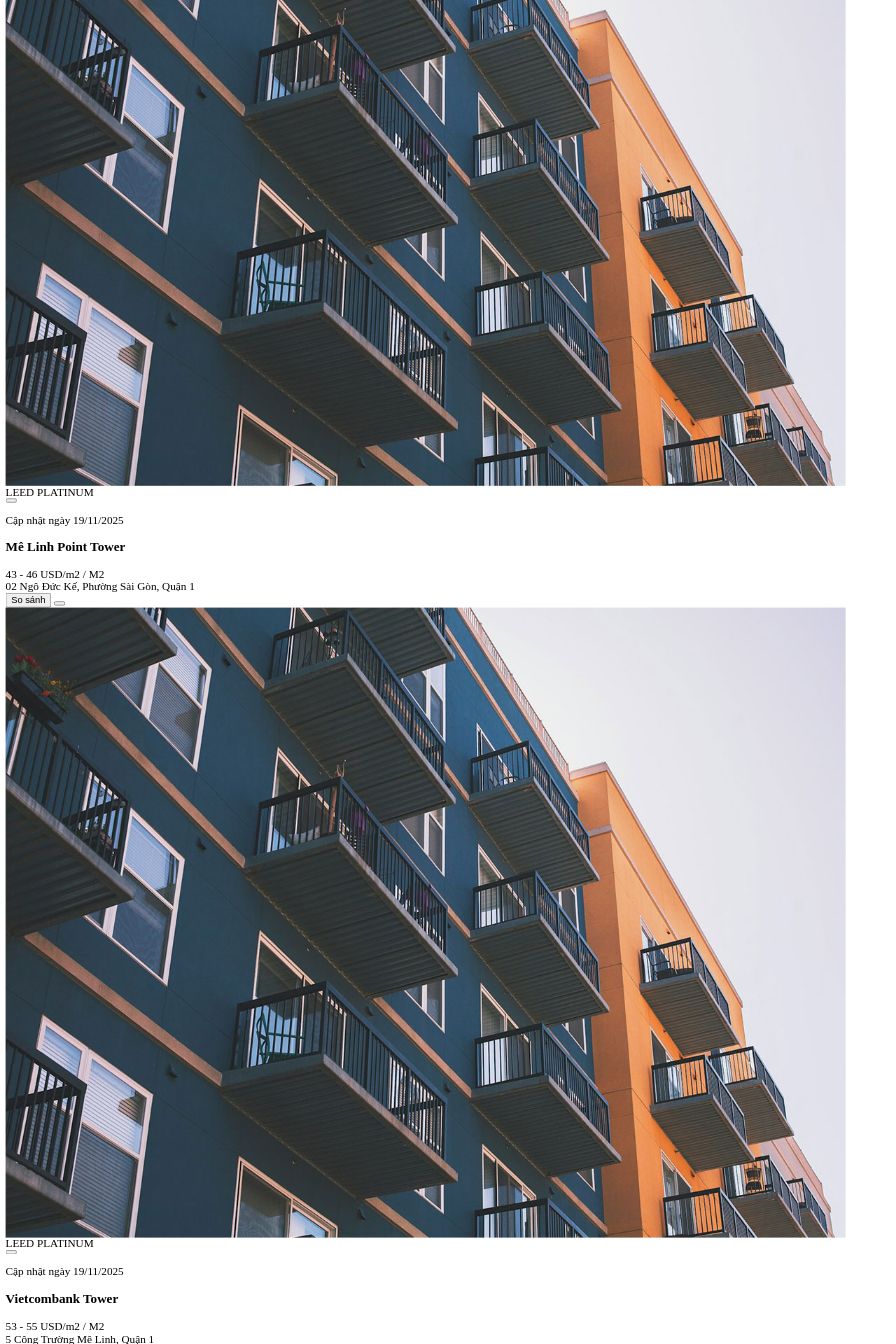
Repository: lannguyen1301/anphuholdings-main
Page: partials/office-rental/office-rental-ward-1.html
The author's editor kept a copy of each file at every save. The page is drawn from the files as they stood at one save, then again after the next save.
The browser window is 1280 px wide. The pictures show the part of the page from y = 4580 to 6500 px (the page is 8679 px tall), at 70% of full size.

Above is the page before, as saved 2025-12-31 14:40:35.

### partials/office-rental/office-rental-ward-1.html
<div class="container overflow-hidden py-8 px-4 office-rental-swipe-container">
    <div class="mb-8 flex gap-5 items-center justify-between">
        <h2 data-aos="fade-right" data-aos-duration="1000" data-aos-easing="ease-in-out"
            class="text-xl md:text-2xl lg:text-3xl font-bold text-navy line-clamp-1 overflow-ellipsis">
            VĂN PHÒNG CHO THUÊ QUẬN 1
        </h2>

        <div data-aos="fade-up" data-aos-duration="1000" data-aos-easing="ease-in-out"
            class="flex gap-1 md:gap-3 min-w-[80px]">
            <button
                class="rounded-lg bg-navy px-2 py-1 md:px-5 md:py-2 text-white transition hover:bg-navy-light flex justify-center items-center">
                <span class="hidden md:block text-md lg:text-lg">Xem toàn bộ</span>
                <i class="fa fa-eye block md:hidden text-xs sm:text-md"></i>
            </button>
            <button
                class="office-rental-swiper-prev rounded-lg border border-gray-300 p-1 md:p-2 transition hover:bg-gold/10 min-w-[22px]">
                <i class="fas fa-chevron-left text-navy text-xs sm:text-md md:text-lg lg:text-xl"></i>
            </button>
            <button
                class="office-rental-swiper-next rounded-lg border border-gray-300 p-1 md:p-2 transition hover:bg-gold/10 min-w-[22px]">
                <i class="fas fa-chevron-right text-navy text-xs sm:text-md md:text-lg lg:text-xl"></i>
            </button>
        </div>
    </div>

    <!-- Swiper -->
    <div data-aos="fade-left" data-aos-duration="1000" data-aos-easing="ease-in-out" data-aos-offset="150"
        class="office-rental-swiper overflow-hidden px-2 py-3">
        <div class="swiper-wrapper">
            <!-- Card 1 -->
            <div class="swiper-slide flex-shrink-0 overflow-hidden rounded-2xl shadow-md transition hover:shadow-xl border-4"
                style="width: 292px;" data-aos="fade-right">
                <div class="relative overflow-hidden">
                    <div class="flex h-48 items-center justify-center bg-slate-200">
                        <img src="assets/images/detail/detail-1.jpg" alt=""
                            class="block w-full h-full object-cover aspect-4/3">
                    </div>
                    <div class="absolute left-3 top-2 rounded bg-gold px-2 py-1 text-xs font-semibold text-white">
                        LEED PLATINUM
                    </div>
                    <button class="absolute right-3 top-3 rounded-lg bg-white p-2 shadow transition hover:bg-gray-50">
                        <i class="far fa-heart text-gold"></i>
                    </button>
                </div>

                <div class="p-4">
                    <p class="mb-1 text-sm text-gray-500">
                        Cập nhật ngày 19/11/2025
                    </p>
                    <h3 class="mb-3 text-lg font-semibold text-navy overflow-ellipsis line-clamp-1">
                        Mê Linh Point Tower
                    </h3>

                    <div class="mb-2 flex items-center gap-2">
                        <i class="fas fa-tag text-sm text-navy"></i>
                        <span class="font-semibold text-gold">43 - 46 USD/m2</span>
                        <span class="text-gray-600">/ M2</span>
                    </div>

                    <div class="mb-4 flex items-start gap-2 text-sm text-gray-600">
                        <i class="fas fa-map-marker-alt mt-1 text-navy"></i>
                        <span class="w-full overflow-ellipsis line-clamp-1">02 Ngô Đức Kế, Phường Sài Gòn, Quận 1</span>
                    </div>

                    <div class="flex items-center justify-between">
                        <button
                            class="rounded-xl border border-navy px-4 py-2 text-sm text-navy transition hover:bg-navy hover:text-white">
                            So sánh
                        </button>
                        <button class="rounded-xl border border-gray-300 p-2 transition hover:bg-gold/10">
                            <i class="far fa-clone text-navy"></i>
                        </button>
                    </div>
                </div>
            </div>

            <!-- Card 2 -->
            <div class="swiper-slide flex-shrink-0 overflow-hidden rounded-2xl shadow-md transition hover:shadow-xl border-4"
                style="width: 292px;" data-aos="fade-right">
                <div class="relative overflow-hidden">
                    <div class="flex h-48 items-center justify-center bg-slate-200">
                        <img src="assets/images/detail/detail-2.jpg" alt=""
                            class="block w-full h-full object-cover aspect-4/3">
                    </div>
                    <div class="absolute left-3 top-3 rounded bg-gold px-2 py-1 text-xs font-semibold text-white">
                        LEED PLATINUM
                    </div>
                    <button class="absolute right-3 top-3 rounded-lg bg-white p-2 shadow transition hover:bg-gray-50">
                        <i class="far fa-heart text-gold"></i>
                    </button>
                </div>

                <div class="p-4">
                    <p class="mb-1 text-sm text-gray-500">
                        Cập nhật ngày 19/11/2025
                    </p>
                    <h3 class="mb-3 text-lg font-semibold text-navy overflow-ellipsis line-clamp-1">
                        Vietcombank Tower
                    </h3>

                    <div class="mb-2 flex items-center gap-2">
                        <i class="fas fa-tag text-sm text-navy"></i>
                        <span class="font-semibold text-gold">53 - 55 USD/m2</span>
                        <span class="text-gray-600">/ M2</span>
                    </div>

                    <div class="mb-4 flex items-start gap-2 text-sm text-gray-600">
                        <i class="fas fa-map-marker-alt mt-1 text-navy"></i>
                        <span class="w-full overflow-ellipsis line-clamp-1">5 Công Trường Mê Linh, Quận 1</span>
                    </div>

                    <div class="flex items-center justify-between">
                        <button
                            class="rounded-xl border border-navy px-4 py-2 text-sm text-navy transition hover:bg-navy hover:text-white">
                            So sánh
                        </button>
                        <button class="rounded-xl border border-gray-300 p-2 transition hover:bg-gold/10">
                            <i class="far fa-clone text-navy"></i>
                        </button>
                    </div>
                </div>
            </div>

            <!-- Card 3 -->
            <div class="swiper-slide flex-shrink-0 overflow-hidden rounded-2xl shadow-md transition hover:shadow-xl border-4"
                style="width: 292px;" data-aos="fade-right">
                <div class="relative overflow-hidden">
                    <div class="flex h-48 items-center justify-center bg-slate-200">
                        <img src="assets/images/detail/detail-3.jpg" alt=""
                            class="block w-full h-full object-cover aspect-4/3">
                    </div>
                    <div class="absolute left-3 top-3 rounded bg-gold px-2 py-1 text-xs font-semibold text-white">
                        LEED PLATINUM
                    </div>
                    <button class="absolute right-3 top-3 rounded-lg bg-white p-2 shadow transition hover:bg-gray-50">
                        <i class="far fa-heart text-gold"></i>
                    </button>
                </div>

                <div class="p-4">
                    <p class="mb-1 text-sm text-gray-500">
                        Cập nhật ngày 21/11/2025
                    </p>
                    <h3 class="mb-3 text-lg font-semibold text-navy overflow-ellipsis line-clamp-1">
                        Sonatus Building
                    </h3>

                    <div class="mb-2 flex items-center gap-2">
                        <i class="fas fa-tag text-sm text-navy"></i>
                        <span class="font-semibold text-gold">43 - 45 USD/m2</span>
                        <span class="text-gray-600">/ M2</span>
                    </div>

                    <div class="mb-4 flex items-start gap-2 text-sm text-gray-600">
                        <i class="fas fa-map-marker-alt mt-1 text-navy"></i>
                        <span class="w-full overflow-ellipsis line-clamp-1">15 Lê Thánh Tôn, Quận 1</span>
                    </div>

                    <div class="flex items-center justify-between">
                        <button
                            class="rounded-xl border border-navy px-4 py-2 text-sm text-navy transition hover:bg-navy hover:text-white">
                            So sánh
                        </button>
                        <button class="rounded-xl border border-gray-300 p-2 transition hover:bg-gold/10">
                            <i class="far fa-clone text-navy"></i>
                        </button>
                    </div>
                </div>
            </div>

            <!-- Card 4 -->
            <div class="swiper-slide flex-shrink-0 overflow-hidden rounded-2xl shadow-md transition hover:shadow-xl border-4"
                style="width: 292px;" data-aos="fade-right">
                <div class="relative overflow-hidden">
                    <div class="flex h-48 items-center justify-center bg-slate-200">
                        <img src="assets/images/detail/detail-4.jpg" alt=""
                            class="block w-full h-full object-cover aspect-4/3">
                    </div>
                    <div class="absolute left-3 top-3 rounded bg-gold px-2 py-1 text-xs font-semibold text-white">
                        LEED PLATINUM
                    </div>
                    <button class="absolute right-3 top-3 rounded-lg bg-white p-2 shadow transition hover:bg-gray-50">
                        <i class="far fa-heart text-gold"></i>
                    </button>
                </div>

                <div class="p-4">
                    <p class="mb-1 text-sm text-gray-500">
                        Cập nhật ngày 20/11/2025
                    </p>
                    <h3 class="mb-3 text-lg font-semibold text-navy overflow-ellipsis line-clamp-1">
                        VOV Building
                    </h3>

                    <div class="mb-2 flex items-center gap-2">
                        <i class="fas fa-tag text-sm text-navy"></i>
                        <span class="font-semibold text-gold">21 - 25 USD/m2</span>
                        <span class="text-gray-600">/ M2</span>
                    </div>

                    <div class="mb-4 flex items-start gap-2 text-sm text-gray-600">
                        <i class="fas fa-map-marker-alt mt-1 text-navy"></i>
                        <span class="w-full overflow-ellipsis line-clamp-1">7 Nguyễn Thị Minh Khai, Quận 1</span>
                    </div>

                    <div class="flex items-center justify-between">
                        <button
                            class="rounded-xl border border-navy px-4 py-2 text-sm text-navy transition hover:bg-navy hover:text-white">
                            So sánh
                        </button>
                        <button class="rounded-xl border border-gray-300 p-2 transition hover:bg-gold/10">
                            <i class="far fa-clone text-navy"></i>
                        </button>
                    </div>
                </div>
            </div>
            <!-- Card 5 -->
            <div class="swiper-slide flex-shrink-0 overflow-hidden rounded-2xl shadow-md transition hover:shadow-xl border-4"
                style="width: 292px;" data-aos="fade-right">
                <div class="relative overflow-hidden">
                    <div class="flex h-48 items-center justify-center bg-slate-200">
                        <img src="assets/images/detail/detail-6.jpg" alt=""
                            class="block w-full h-full object-cover aspect-4/3">
                        <!-- <i class="fas fa-image text-5xl text-gray-400"></i> -->
                    </div>
                    <div class="absolute left-3 top-2 rounded bg-gold px-2 py-1 text-xs font-semibold text-white">
                        LEED PLATINUM
                    </div>
                    <button class="absolute right-3 top-3 rounded-lg bg-white p-2 shadow transition hover:bg-gray-50">
                        <i class="far fa-heart text-gold"></i>
                    </button>
                </div>

                <div class="p-4">
                    <p class="mb-1 text-sm text-gray-500">
                        Cập nhật ngày 19/11/2025
                    </p>
                    <h3 class="mb-3 text-lg font-semibold text-navy overflow-ellipsis line-clamp-1">
                        Mê Linh Point Tower
                    </h3>

                    <div class="mb-2 flex items-center gap-2">
                        <i class="fas fa-tag text-sm text-navy"></i>
                        <span class="font-semibold text-gold">43 - 46 USD/m2</span>
                        <span class="text-gray-600">/ M2</span>
                    </div>

                    <div class="mb-4 flex items-start gap-2 text-sm text-gray-600">
                        <i class="fas fa-map-marker-alt mt-1 text-navy"></i>
                        <span class="w-full overflow-ellipsis line-clamp-1">02 Ngô Đức Kế, Phường Sài Gòn, Quận 1</span>
                    </div>

                    <div class="flex items-center justify-between">
                        <button
                            class="rounded-xl border border-navy px-4 py-2 text-sm text-navy transition hover:bg-navy hover:text-white">
                            So sánh
                        </button>
                        <button class="rounded-xl border border-gray-300 p-2 transition hover:bg-gold/10">
                            <i class="far fa-clone text-navy"></i>
                        </button>
                    </div>
                </div>
            </div>

            <!-- Card 6 -->
            <div class="swiper-slide flex-shrink-0 overflow-hidden rounded-2xl shadow-md transition hover:shadow-xl border-4"
                style="width: 292px;" data-aos="fade-right">
                <div class="relative overflow-hidden">
                    <div class="flex h-48 items-center justify-center bg-slate-200">
                        <img src="assets/images/detail/detail-6.jpg" alt=""
                            class="block w-full h-full object-cover aspect-4/3">
                    </div>
                    <div class="absolute left-3 top-3 rounded bg-gold px-2 py-1 text-xs font-semibold text-white">
                        LEED PLATINUM
                    </div>
                    <button class="absolute right-3 top-3 rounded-lg bg-white p-2 shadow transition hover:bg-gray-50">
                        <i class="far fa-heart text-gold"></i>
                    </button>
                </div>

                <div class="p-4">
                    <p class="mb-1 text-sm text-gray-500">
                        Cập nhật ngày 19/11/2025
                    </p>
                    <h3 class="mb-3 text-lg font-semibold text-navy overflow-ellipsis line-clamp-1">
                        Vietcombank Tower
                    </h3>

                    <div class="mb-2 flex items-center gap-2">
                        <i class="fas fa-tag text-sm text-navy"></i>
                        <span class="font-semibold text-gold">53 - 55 USD/m2</span>
                        <span class="text-gray-600">/ M2</span>
                    </div>

                    <div class="mb-4 flex items-start gap-2 text-sm text-gray-600">
                        <i class="fas fa-map-marker-alt mt-1 text-navy"></i>
                        <span class="w-full overflow-ellipsis line-clamp-1">5 Công Trường Mê Linh, Quận 1</span>
                    </div>

                    <div class="flex items-center justify-between">
                        <button
                            class="rounded-xl border border-navy px-4 py-2 text-sm text-navy transition hover:bg-navy hover:text-white">
                            So sánh
                        </button>
                        <button class="rounded-xl border border-gray-300 p-2 transition hover:bg-gold/10">
                            <i class="far fa-clone text-navy"></i>
                        </button>
                    </div>
                </div>
            </div>

            <!-- Card 7 -->
            <div class="swiper-slide flex-shrink-0 overflow-hidden rounded-2xl shadow-md transition hover:shadow-xl border-4"
                style="width: 292px;" data-aos="fade-right">
                <div class="relative overflow-hidden">
                    <div class="flex h-48 items-center justify-center bg-slate-200">
                        <img src="assets/images/detail/detail-7.jpg" alt=""
                            class="block w-full h-full object-cover aspect-4/3">
                    </div>
                    <div class="absolute left-3 top-3 rounded bg-gold px-2 py-1 text-xs font-semibold text-white">
                        LEED PLATINUM
                    </div>
                    <button class="absolute right-3 top-3 rounded-lg bg-white p-2 shadow transition hover:bg-gray-50">
                        <i class="far fa-heart text-gold"></i>
                    </button>
                </div>

                <div class="p-4">
                    <p class="mb-1 text-sm text-gray-500">
                        Cập nhật ngày 21/11/2025
                    </p>
                    <h3 class="mb-3 text-lg font-semibold text-navy overflow-ellipsis line-clamp-1">
                        Sonatus Building
                    </h3>

                    <div class="mb-2 flex items-center gap-2">
                        <i class="fas fa-tag text-sm text-navy"></i>
                        <span class="font-semibold text-gold">43 - 45 USD/m2</span>
                        <span class="text-gray-600">/ M2</span>
                    </div>

                    <div class="mb-4 flex items-start gap-2 text-sm text-gray-600">
                        <i class="fas fa-map-marker-alt mt-1 text-navy"></i>
                        <span class="w-full overflow-ellipsis line-clamp-1">15 Lê Thánh Tôn, Quận 1</span>
                    </div>

                    <div class="flex items-center justify-between">
                        <button
                            class="rounded-xl border border-navy px-4 py-2 text-sm text-navy transition hover:bg-navy hover:text-white">
                            So sánh
                        </button>
                        <button class="rounded-xl border border-gray-300 p-2 transition hover:bg-gold/10">
                            <i class="far fa-clone text-navy"></i>
                        </button>
                    </div>
                </div>
            </div>

            <!-- Card 8 -->
            <div class="swiper-slide flex-shrink-0 overflow-hidden rounded-2xl shadow-md transition hover:shadow-xl border-4"
                style="width: 292px;" data-aos="fade-right">
                <div class="relative overflow-hidden">
                    <div class="flex h-48 items-center justify-center bg-slate-200">
                        <img src="assets/images/detail/detail-8.jpg" alt=""
                            class="block w-full h-full object-cover aspect-4/3">
                    </div>
                    <div class="absolute left-3 top-3 rounded bg-gold px-2 py-1 text-xs font-semibold text-white">
                        LEED PLATINUM
                    </div>
                    <button class="absolute right-3 top-3 rounded-lg bg-white p-2 shadow transition hover:bg-gray-50">
                        <i class="far fa-heart text-gold"></i>
                    </button>
                </div>

                <div class="p-4">
                    <p class="mb-1 text-sm text-gray-500">
                        Cập nhật ngày 20/11/2025
                    </p>
                    <h3 class="mb-3 text-lg font-semibold text-navy overflow-ellipsis line-clamp-1">
                        VOV Building
                    </h3>

                    <div class="mb-2 flex items-center gap-2">
                        <i class="fas fa-tag text-sm text-navy"></i>
                        <span class="font-semibold text-gold">21 - 25 USD/m2</span>
                        <span class="text-gray-600">/ M2</span>
                    </div>

                    <div class="mb-4 flex items-start gap-2 text-sm text-gray-600">
                        <i class="fas fa-map-marker-alt mt-1 text-navy"></i>
                        <span class="w-full overflow-ellipsis line-clamp-1">7 Nguyễn Thị Minh Khai, Quận 1</span>
                    </div>

                    <div class="flex items-center justify-between">
                        <button
                            class="rounded-xl border border-navy px-4 py-2 text-sm text-navy transition hover:bg-navy hover:text-white">
                            So sánh
                        </button>
                        <button class="rounded-xl border border-gray-300 p-2 transition hover:bg-gold/10">
                            <i class="far fa-clone text-navy"></i>
                        </button>
                    </div>
                </div>
            </div>
        </div>
    </div>
</div>

After the next save:
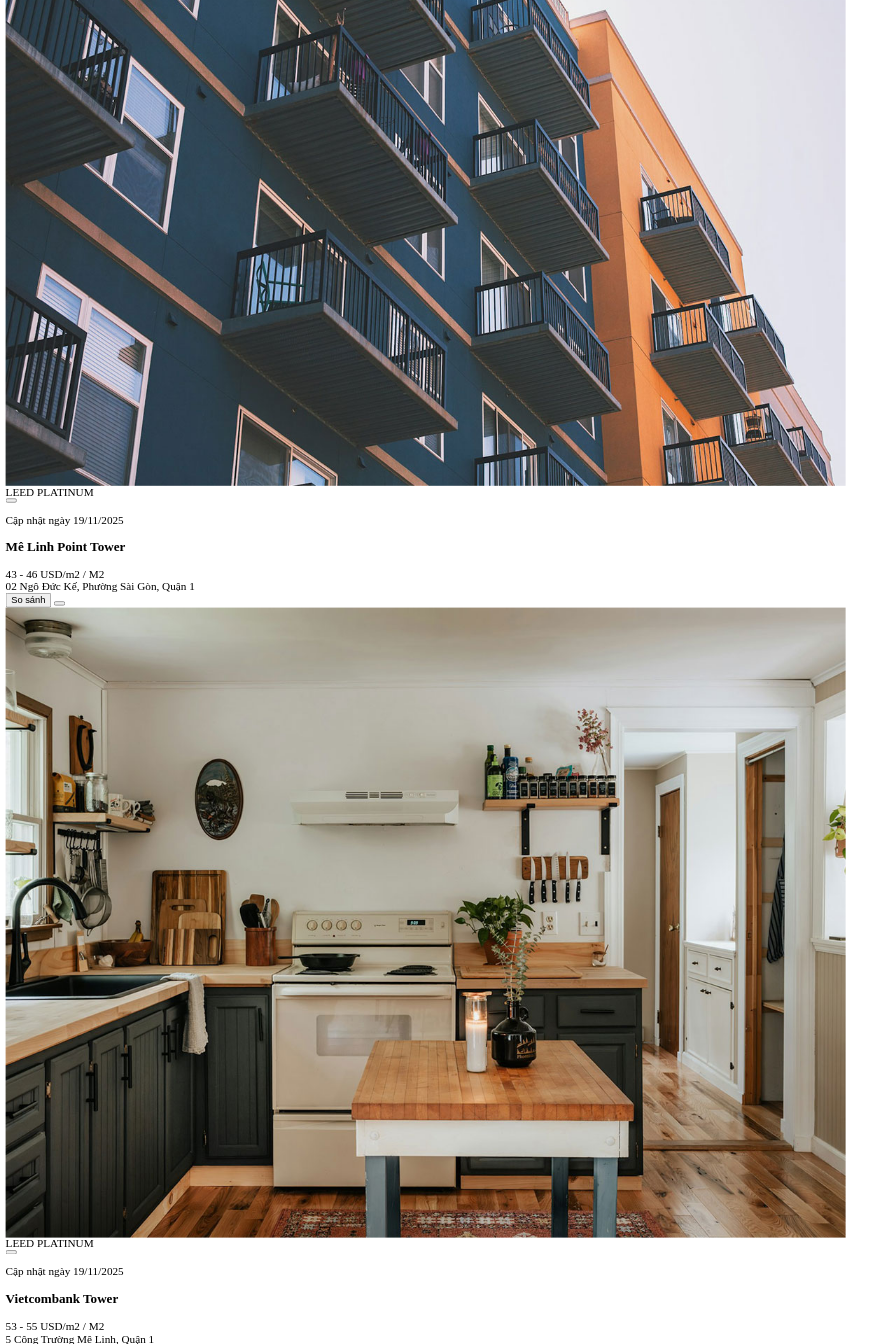
Saved 42 s later.
--- a/partials/office-rental/office-rental-ward-1.html
+++ b/partials/office-rental/office-rental-ward-1.html
@@ -267,7 +267,7 @@
                 style="width: 292px;" data-aos="fade-right">
                 <div class="relative overflow-hidden">
                     <div class="flex h-48 items-center justify-center bg-slate-200">
-                        <img src="assets/images/detail/detail-6.jpg" alt=""
+                        <img src="assets/images/detail/detail-7.jpg" alt=""
                             class="block w-full h-full object-cover aspect-4/3">
                     </div>
                     <div class="absolute left-3 top-3 rounded bg-gold px-2 py-1 text-xs font-semibold text-white">
